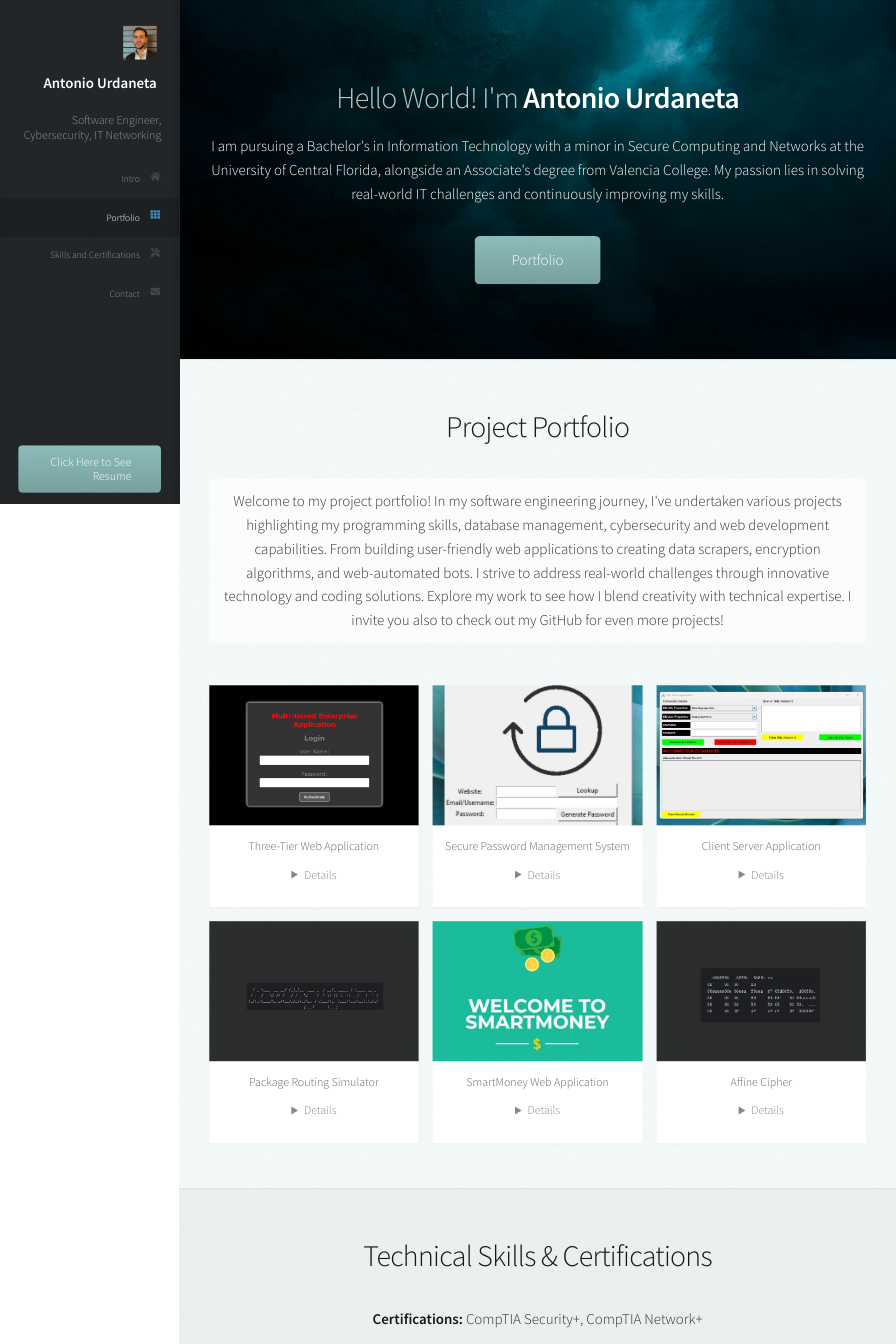
Repository: aaurdanet/Portfolio
Page: index.html
An editor plug-in stored every save of this project. The page is shown before and after the next save, followed by the edit.
The browser window is 1280 px wide. The pictures show the part of the page from y = 0 to 1920 px (the page is 2630 px tall), at 70% of full size.

Above is the page before, as saved 2024-10-27 14:37:46.

### index.html
<!DOCTYPE HTML>
<html>
	<head>
		<title>Antonio Urdaneta Portfolio</title>
		<meta charset="utf-8" />
		<meta name="viewport" content="width=device-width, initial-scale=1, user-scalable=no" />
		<link rel="stylesheet" href="static/assets/css/main.css" />
		<link rel="icon" href="static/assets/css/images/aulogo.jpg">
	</head>
	<body class="is-preload">

		<!-- Header -->
			<div id="header">

				<div class="top">

					<!-- Logo -->
						<div id="logo">
							<span class="image avatar48"><img src="static/images/avatar.jpg" alt="" /></span>
							<h1 id="title">Antonio Urdaneta</h1>

						</div>
						<div id ="description">
							<p>Software Engineer, Cybersecurity, IT Networking<br> </p>
						</div>

					<!-- Nav -->
						<nav id="nav">
							<ul>
								<li><a href="#top" id="top-link"><span class="icon solid fa-home">Intro</span></a></li>
								<li><a href="#portfolio" id="portfolio-link"><span class="icon solid fa-th">Portfolio</span></a></li>
								<li><a href="#skills" id="Skills-link"><span class="icon solid fa-tools">Skills and Certifications</span></a></li>
								<li><a href="#contact" id="contact-link"><span class="icon solid fa-envelope">Contact</span></a></li>
							</ul>
						</nav>

				</div>
				<div class="bottom" id="resume">
					<!-- Social Icons -->
					<p>
						<a href="resume_index.html" class="icon" style="color: inherit;">
							<a href="resume_index.html" class="button scrolly">Click Here to See Resume</a>
						</a>
					</p>
				</div>



			</div>

		<!-- Main -->
			<div id="main">

				<!-- Intro -->
					<section id="top" class="one dark cover">
						<div class="container">

							<header>
								<h2 class="alt">Hello World! I'm<strong> Antonio Urdaneta</strong></h2>
								<p style="color: white;">I am pursuing a Bachelor's in Information Technology with a minor in Secure Computing and Networks at the University of Central Florida,
									alongside an Associate's degree from Valencia College. My passion lies in solving real-world IT challenges and continuously improving my skills.
									</p>
							</header>

							<footer>
								<a href="#portfolio" class="button scrolly">Portfolio</a>
							</footer>

						</div>
					</section>


										<!-- Portfolio Section -->
						<section id="portfolio" class="two">
							<div class="container">

								<header>
									<h2>Project Portfolio</h2>
								</header>

								<p id="Portfolio_description">Welcome to my project portfolio! In my software engineering journey,
									I've undertaken various projects highlighting my programming skills, database management, cybersecurity and web development capabilities.
									From building user-friendly web applications to creating data scrapers, encryption algorithms, and web-automated bots. I strive to address real-world challenges through
									innovative technology and coding solutions. Explore my work to see how I blend creativity with technical expertise. I invite you also to check out my GitHub for even more projects!</p>

								<div class="row">
									<div class="col-4 col-12-mobile">
										<article class="item">
											<a href="#" class="image fit" data-sub-images='["static/images/THREE-TIER.jpg", "static/images/THREE-TIER1.jpg", "static/images/THREE-TIER2.jpg", "static/images/THREE-TIER3.jpg", "static/images/THREE-TIER4.jpg", "static/images/THREE-TIER5.jpg"]' >
												<img src="static/images/THREE-TIER.jpg" alt="MYSQL THREE-TIER WEBAPP images" style="width: 100%; height: 200px; object-fit: cover;" />
											</a>
											<header>
												<h3 class="project-title">Three-Tier Web Application</h3>
												<details style="margin: 10px;">
													<summary style="transition: all 0.3s ease; cursor: pointer; box-shadow: 0 0 0 rgba(0,0,0,0); transition: box-shadow 0.3s ease-in-out;" onmouseover="this.style.boxShadow='0 5px 15px rgba(0,0,0,0.3)';" onmouseout="this.style.boxShadow='0 0 0 rgba(0,0,0,0)';">Details</summary>
													<p style="text-align: left; margin: 10px;"><strong>Description:</strong> This Project showcases various techniques in building distributed web-based applications. The application uses Java Servlets and JSP technology, running on a Tomcat server, to access and maintain a persistent SQL Server Management Studio database via JDBC.</p>
													<p style="text-align: left; margin: 10px;"><strong>Tech Stack:</strong> SSMS, SQL, Java, JavaScript, jquery, HTML, CSS, Jakarta EE, XML, Apache Tomcat Server</p>
												</details>
											</header>
										</article>
										<article class="item">
											<a href="#" class="image fit" data-sub-images='["static/images/Routing1.jpg", "static/images/Routing2.jpg", "static/images/Routing3.jpg", "static/images/Routing4.jpg", "static/images/Routing5.jpg"]' >
												<img src="static/images/Routing.jpg" alt="Package Routing Simulator images" style="width: 100%; height: 200px; object-fit: cover;" />
											</a>
											<header>
												<h3 class="project-title">Package Routing Simulator</h3>
												<details style="margin: 10px;">
													<summary style="transition: all 0.3s ease; cursor: pointer; box-shadow: 0 0 0 rgba(0,0,0,0); transition: box-shadow 0.3s ease-in-out;" onmouseover="this.style.boxShadow='0 5px 15px rgba(0,0,0,0.3)';" onmouseout="this.style.boxShadow='0 0 0 rgba(0,0,0,0)';">Details</summary>
													<p style="text-align: left; margin: 10px;"><strong>Description:</strong> This project simulates an automated package routing system using multi-threaded Java programming, focusing on efficiently managing and synchronizing threads across stations and conveyors with optimized algorithms.</p>
													<p style="text-align: left; margin: 10px;"><strong>Tech Stack:</strong> Java (Multithreading, Concurrency, J2SE, J2EE)</p>
												</details>
											</header>
										</article>
									</div>
									<div class="col-4 col-12-mobile">
										<article class="item">
											<a href="#" class="image fit" data-sub-images='["static/images/Password.jpg", "static/images/Password1.jpg", "static/images/Password2.jpg", "static/images/Password3.jpg"]' data-description="Technologies used: Python, SQLite, Tkinter">
												<img src="static/images/Password.jpg" alt="Secure Password Management System images" style="width: 100%; height: 200px; object-fit: cover;" />
											</a>
											<header>
												<h3 class="project-title">Secure Password Management System</h3>
												<details style="margin: 10px;">
													<summary style="transition: all 0.3s ease; cursor: pointer; box-shadow: 0 0 0 rgba(0,0,0,0); transition: box-shadow 0.3s ease-in-out;" onmouseover="this.style.boxShadow='0 5px 15px rgba(0,0,0,0.3)';" onmouseout="this.style.boxShadow='0 0 0 rgba(0,0,0,0)';">Details</summary>
													<p style="text-align: left; margin: 10px;"><strong>Description:</strong> Developed a password manager adhering to NIST standards, with secure JSON storage for credentials and URL-based retrieval for enhanced security and usability.</p>
													<p style="text-align: left; margin: 10px;"><strong>Tech Stack:</strong> Python, Tkinter, JSON</p>
												</details>
											</header>
										</article>
										<article class="item">
											<a href="#" class="image fit" data-sub-images='["static/images/Money1.jpg", "static/images/Money2.jpg", "static/images/Money33.jpg", "static/images/Money3.jpg", "static/images/Money4.jpg", "static/images/Money5.jpg", "static/images/Money6.jpg", "static/images/Money7.jpg", "static/images/Money8.jpg", "static/images/Money9.jpg", "static/images/Money10.jpg", "static/images/Money11.jpg", "static/images/Money12.jpg"]'>
												<img src="static/images/Money.jpg" alt="Financial Management Web Application images" style="width: 100%; height: 200px; object-fit: cover;" />
											</a>
											<header>
												<h3 class="project-title">SmartMoney Web Application</h3>
												<details style="margin: 10px;">
													<summary style="transition: all 0.3s ease; cursor: pointer; box-shadow: 0 0 0 rgba(0,0,0,0); transition: box-shadow 0.3s ease-in-out;" onmouseover="this.style.boxShadow='0 5px 15px rgba(0,0,0,0.3)';" onmouseout="this.style.boxShadow='0 0 0 rgba(0,0,0,0)';">Details</summary>
													<p style="text-align: left; margin: 10px;"><strong>Description:</strong> A comprehensive web application for managing personal finances, including budgeting, expense tracking, and goal setting. It features tools for interest savings, loan payments, and personalized budgeting based on user feedback. The app also integrates an AI assistant and a finance glossary to enhance user understanding, ensuring a seamless financial management experience.
														 <a href="https://www.youtube.com/watch?v=6dP4LYqnzZg&t=7s">View the final prototype here</a>.</p>
													<p style="text-align: left; margin: 10px;"><strong>Tech Stack:</strong> HTML, CSS, JavaScript, OpenAI API (ChatGPT)</p>
												</details>
											</header>
										</article>
									</div>
									<div class="col-4 col-12-mobile">
										<article class="item">
											<a href="#" class="image fit" data-sub-images='["static/images/TWO-TIER.jpg", "static/images/TWO-TIER1.jpg", "static/images/TWO-TIER2.jpg", "static/images/TWO-TIER3.jpg", "static/images/TWO-TIER4.jpg", "static/images/TWO-TIER5.jpg", "static/images/TWO-TIER6.jpg"]' data-description="Technologies used: Java, SQL, JDBC">
												<img src="static/images/TWO-TIER.jpg" alt="Two-Tier Database Application images" style="width: 100%; height: 200px; object-fit: cover;" />
											</a>
											<header>
												<h3 class="project-title">Client Server Application</h3>
												<details style="margin: 10px;">
													<summary style="transition: all 0.3s ease; cursor: pointer; box-shadow: 0 0 0 rgba(0,0,0,0); transition: box-shadow 0.3s ease-in-out;" onmouseover="this.style.boxShadow='0 5px 15px rgba(0,0,0,0.3)';" onmouseout="this.style.boxShadow='0 0 0 rgba(0,0,0,0)';">Details</summary>
													<p style="text-align: left; margin: 10px;"><strong>Description:</strong> An intuitive Java application that enables secure execution of SQL commands on MySQL databases via JDBC. It supports role-based access control and efficient query management for streamlined database operations.
														 Additionally, it includes a specialized application for accountants that logs transaction data for each user in a separate database.</p>
													<p style="text-align: left; margin: 10px;"><strong>Tech Stack:</strong> Java, SQL, JDBC</p>
												</details>
											</header>
										</article>
										<article class="item">
											<a href="#" class="image fit" data-sub-images='["static/images/Affine1.jpg", "static/images/Affine2.jpg", "static/images/Affine3.jpg"]' data-description="Technologies used: Python, Cryptography">
												<img src="static/images/Affine.jpg" alt="Affine Cipher Encryptor & Decryptor images" style="width: 100%; height: 200px; object-fit: cover;" />
											</a>
											<header>
												<h3 class="project-title">Affine Cipher </h3>
												<details style="margin: 10px;">
													<summary style="transition: all 0.3s ease; cursor: pointer; box-shadow: 0 0 0 rgba(0,0,0,0); transition: box-shadow 0.3s ease-in-out;" onmouseover="this.style.boxShadow='0 5px 15px rgba(0,0,0,0.3)';" onmouseout="this.style.boxShadow='0 0 0 rgba(0,0,0,0)';">Details</summary>
													<p style="text-align: left; margin: 10px;"><strong>Description:</strong> This Python script implements an Affine Cipher, a type of substitution cipher that uses a mathematical function to encrypt and decrypt text. The script also includes a brute-force method to decode ciphertext when the keys are unknown.</p>
													<p style="text-align: left; margin: 10px;"><strong>Tech Stack:</strong> Python</p>
												</details>
											</header>
										</article>
									</div>
								</div>
							</div>
						</section>

				<!-- Skills -->
				<section id="skills" class="three">
					<div class="container">
						<header>
							<h2>Technical Skills & Certifications</h2>
						</header>
						<p><strong>Certifications:</strong> CompTIA Security+, CompTIA Network+</p>
						<p><strong>Programming:</strong> Python, Java, C++, C, C#, MySQL Server, SSMS, PostgreSQL, JavaScript, HTML, CSS, Assembly</p>
						<p><strong>Technologies:</strong> Selenium, Pandas, Flask, Jinja, Django, RESTful API, NumPy, BeautifulSoup, BootStrap, JSP, XML, JSON, GitHub, Git, Android Studio, Linux, VMs, Active Directory, Microsoft Office</p>
						<p><strong>Coursework:</strong> Advanced Java Programming, Databases Management, Data Structures and Algorithms, Computer Science, C programming, Enterprise Computing, Web Development, UX\UI design, System Administration, Secure Operating Systems, Network Security and Privacy, Cyber Defense Analysis, Cryptography and Information Security</p>
						<p><strong>Languages:</strong> English (Fluent), Spanish (Native)</p>
					</div>
				</section>


				<!-- Contact -->

					<section id="contact" class="four">
						<div class="container">
							<div class="bottom">
							<ul class="icons">
								<li><a href="tel:+17737079720" class="icon solid fa-phone"><span class="label">Twitter</span></a></li>
								<li><a href="https://github.com/aaurdanet" class="icon brands fa-github"><span class="label">Github</span></a></li>
								<li><a href="https://www.linkedin.com/in/antoniourdaneta/" class="icon brands fa-linkedin"><span class="label">Dribbble</span></a></li>
								<li><a href="mailto:antonioaurdanet@gmail.com" class="icon solid fa-envelope"><span class="label">Email</span></a></li>
							</ul>
						</div>

			</div>

<!-- Lightbox Container -->
<div id="lightbox" class="lightbox">
    <button id="prev" class="lightbox-nav">&lt;</button>
    <img id="lightbox-img" src="" alt="Enlarged Image" />
    <button id="next" class="lightbox-nav">&gt;</button>
</div>

<!-- Footer -->


<!-- Scripts -->
<script src="static/assets/js/jquery.min.js"></script>
<script src="static/assets/js/jquery.scrolly.min.js"></script>
<script src="static/assets/js/jquery.scrollex.min.js"></script>
<script src="static/assets/js/browser.min.js"></script>
<script src="static/assets/js/breakpoints.min.js"></script>
<script src="static/assets/js/util.js"></script>
<script src="static/assets/js/main.js"></script>
<script src="static/assets/js/imgs.js"></script>


<!-- Lightbox Structure -->
<div id="lightbox" style="display:none;">
    <img id="lightbox-img" src="" alt=""/>
    <div id="lightbox-description"></div>
    <button id="prev">Prev</button>
    <button id="next">Next</button>
</div>


</script>
</body>
</html>

Loaded but not shown: static/assets/css/fontawesome-all.min.css (library); static/assets/js/jquery.min.js (library); static/assets/js/jquery.scrolly.min.js (common file); static/assets/js/jquery.scrollex.min.js (common file); static/assets/js/browser.min.js (common file); static/assets/js/breakpoints.min.js (common file); static/assets/js/util.js (587 lines, source omitted); static/assets/js/main.js (123 lines, source omitted); static/assets/js/imgs.js (45 lines, source omitted); static/assets/css/main.css (2781 lines, source omitted)

After the next save:
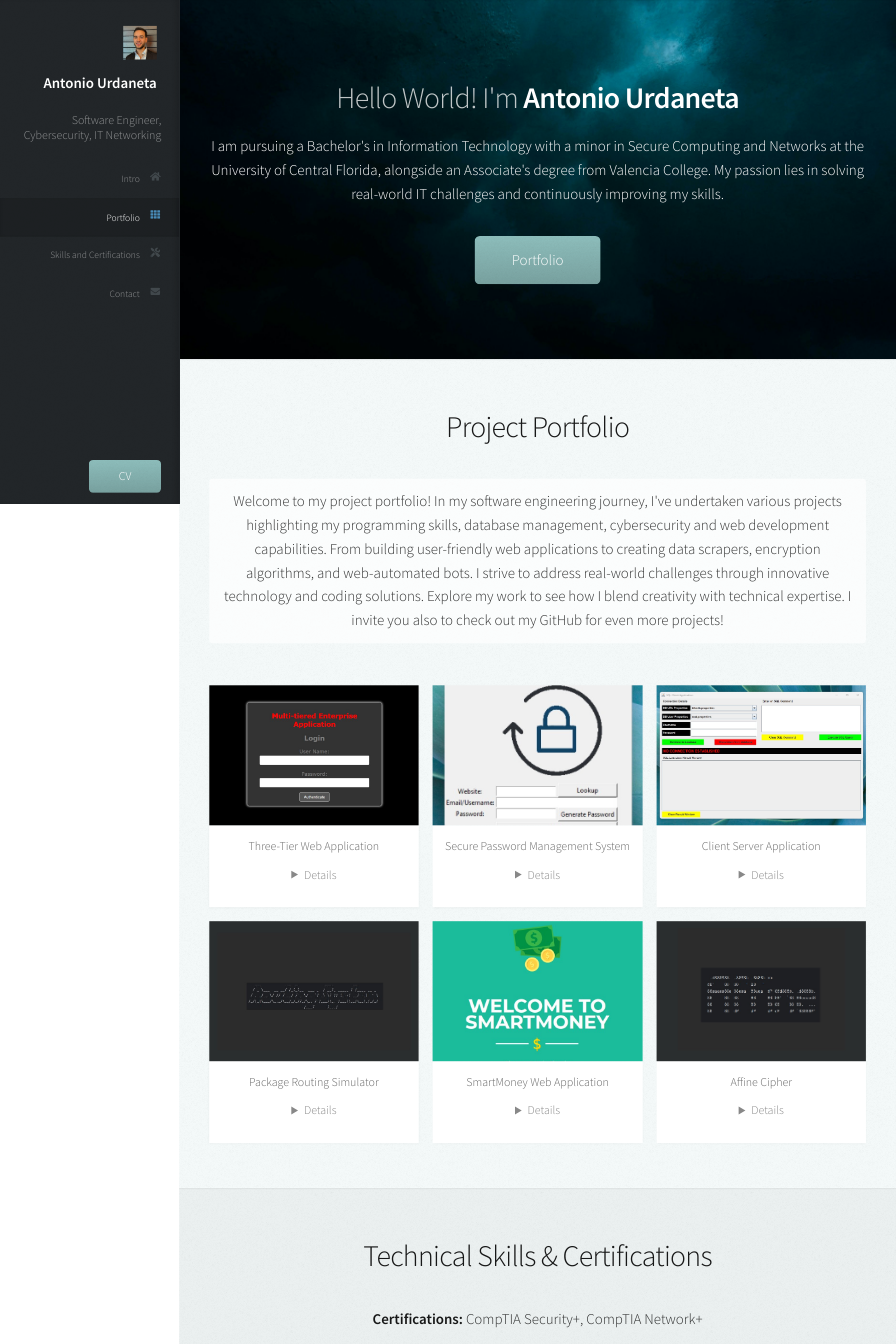
Saved 30 s later.
--- a/index.html
+++ b/index.html
@@ -39,7 +39,7 @@
 					<!-- Social Icons -->
 					<p>
 						<a href="resume_index.html" class="icon" style="color: inherit;">
-							<a href="resume_index.html" class="button scrolly">Click Here to See Resume</a>
+							<a href="resume_index.html" class="button scrolly">CV</a>
 						</a>
 					</p>
 				</div>
